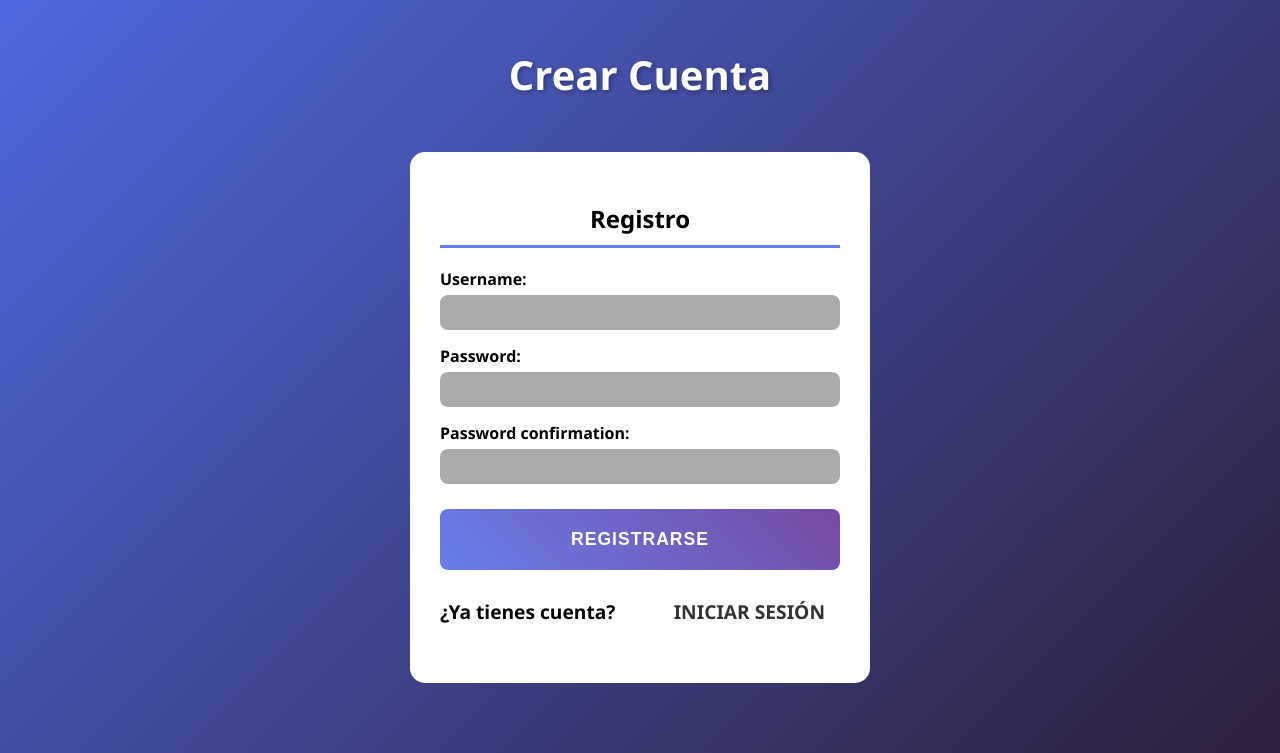
Repository: RoyScc/Practico-Django
Page: http://localhost/register/
These files come from the project's save history. The page is drawn as it stood at one moment and after the next save; the edit follows.
The browser window is 1280 px wide. The pictures show the whole page.
The page is served by the project's application, run on Django 5.2 (manage.py).

Above is the page before, as saved 2026-05-27 09:48:40.

After the next save:
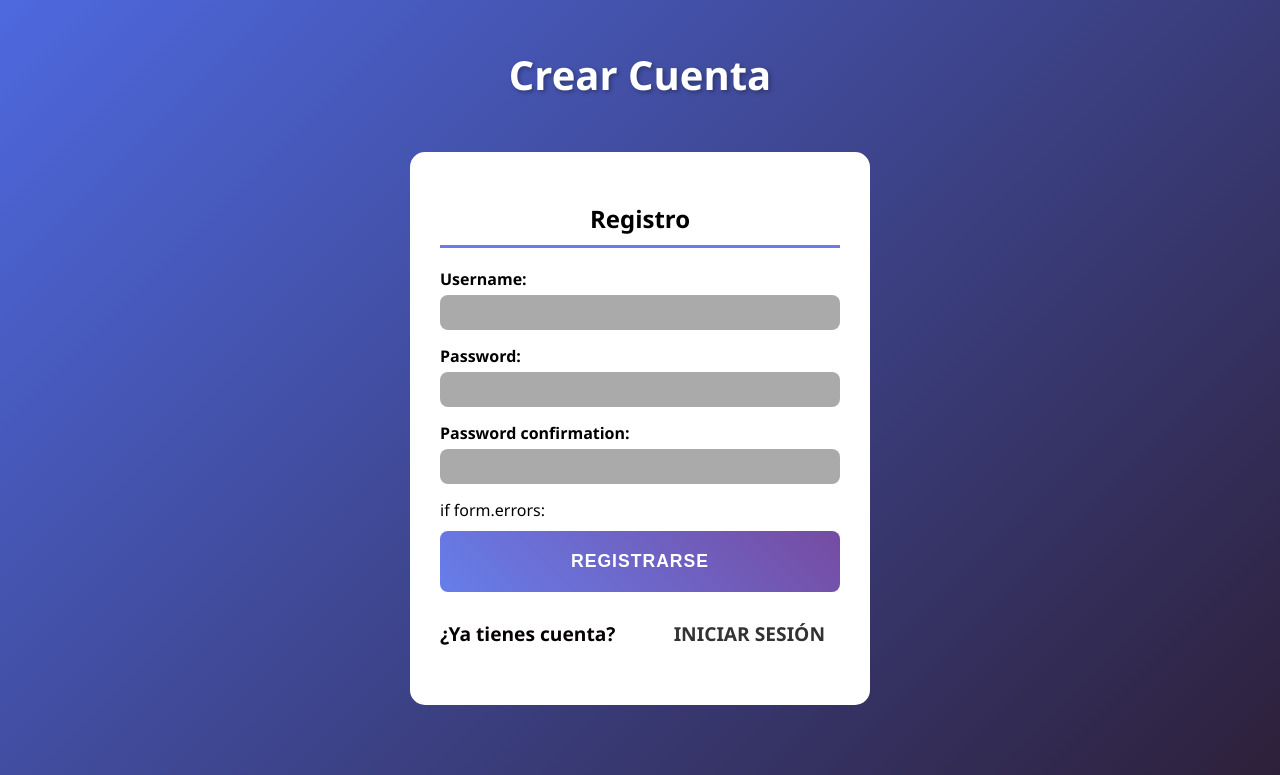
Saved 95 s later.
--- a/tickets/templates/tickets/register.html
+++ b/tickets/templates/tickets/register.html
@@ -3,7 +3,6 @@
 {% block title %} Registro {% endblock %}
 
 {% block body %}
-{{ form.errors }}
 
 <h1>Crear Cuenta</h1>
 <div class="register-container">
@@ -28,6 +27,10 @@
             {{ form.password2.label_tag }}
             {{ form.password2 }}
         </div>
+        if form.errors:
+            <div class="error">
+                {{ form.errors }}
+            </div>
 
         <button type="submit">
             Registrarse
